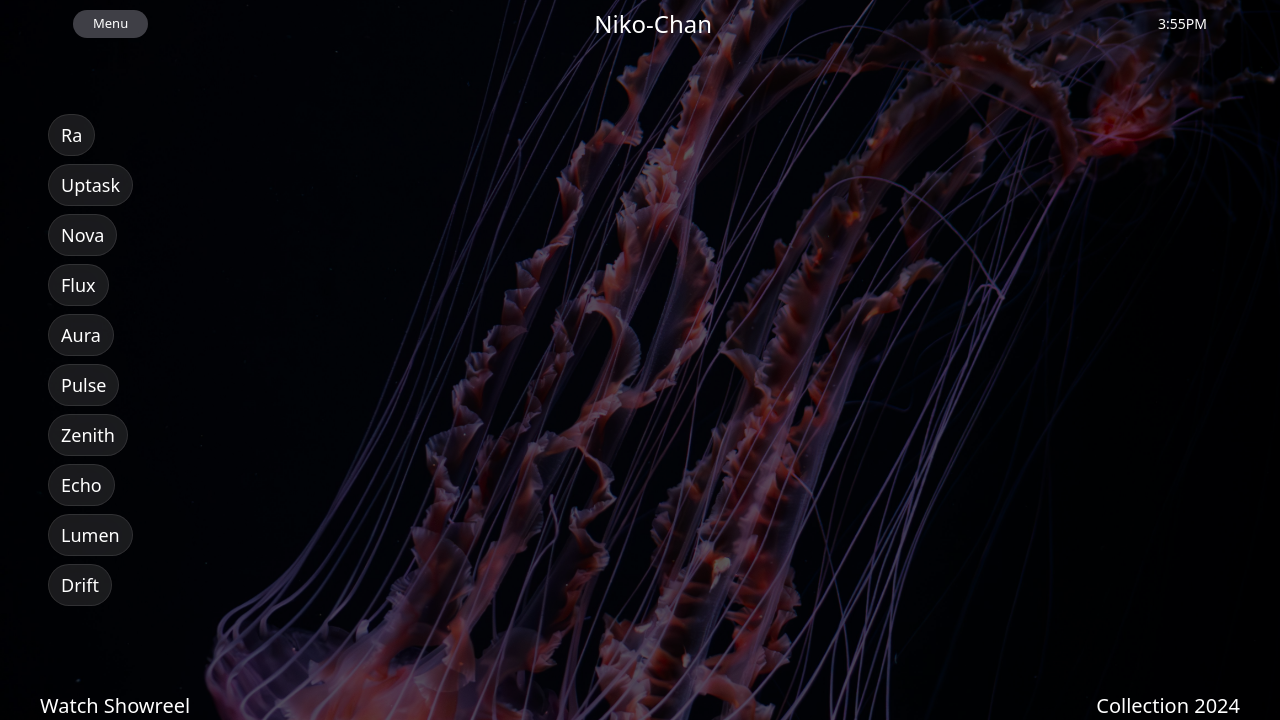
Repository: nikhilsinghrathore1/Niks_indian_local
Page: /
An editor plug-in stored every save of this project. The page is shown before and after the next save, followed by the edit.
The browser window is 1280 px wide. The pictures show the whole page.
The project was rebuilt for these pictures with package versions that can differ from the ones it lists, and the page was loaded fresh each time. Also part of the build but not shown: vite.config.ts.

Above is the page before, as saved 2024-08-27 11:25:55.

After the next save:
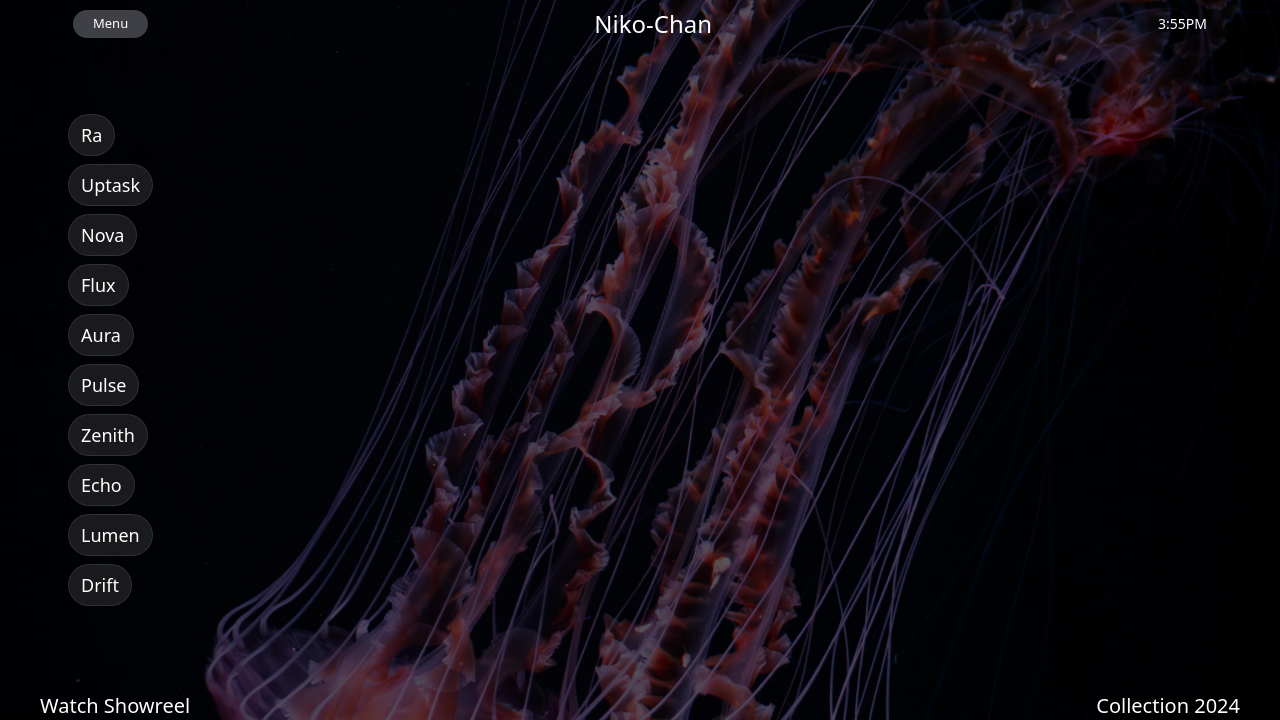
Saved 16 s later.
--- a/src/Components/Landing.tsx
+++ b/src/Components/Landing.tsx
@@ -297,7 +297,7 @@
         {previews.map((preview, index) => (
           <div
             key={index}
-            className='item w-fit py-1 text-lg cursor-pointer'
+            className='item w-fit py-1 px-5 text-lg cursor-pointer'
             ref={(el) => (itemsRef.current[index] = el)}
           >
             <p>{preview.title}</p>

After the save that followed:
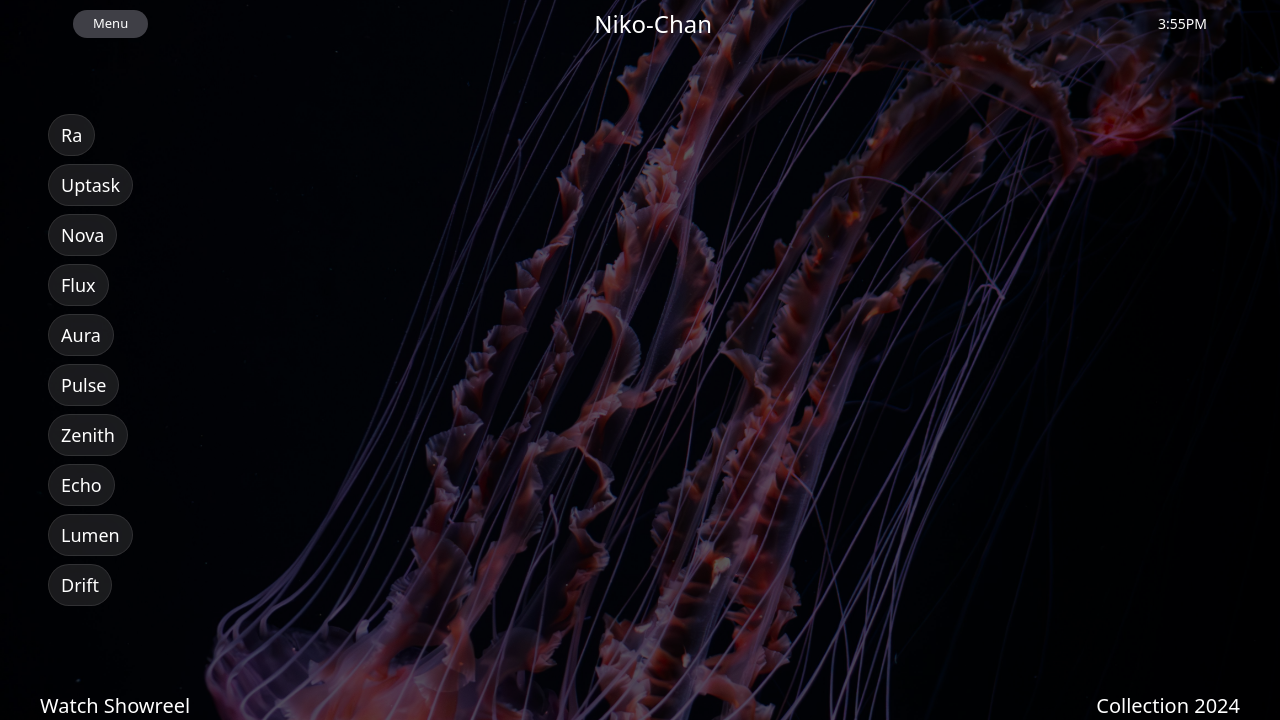
Saved 16 s later.
--- a/src/Components/Landing.tsx
+++ b/src/Components/Landing.tsx
@@ -297,10 +297,10 @@
         {previews.map((preview, index) => (
           <div
             key={index}
-            className='item w-fit py-1 px-5 text-lg cursor-pointer'
+            className='item w-fit py-1  text-lg cursor-pointer'
             ref={(el) => (itemsRef.current[index] = el)}
           >
-            <p>{preview.title}</p>
+            <p className='px-5'>{preview.title}</p>
           </div>
         ))}
       </div>
